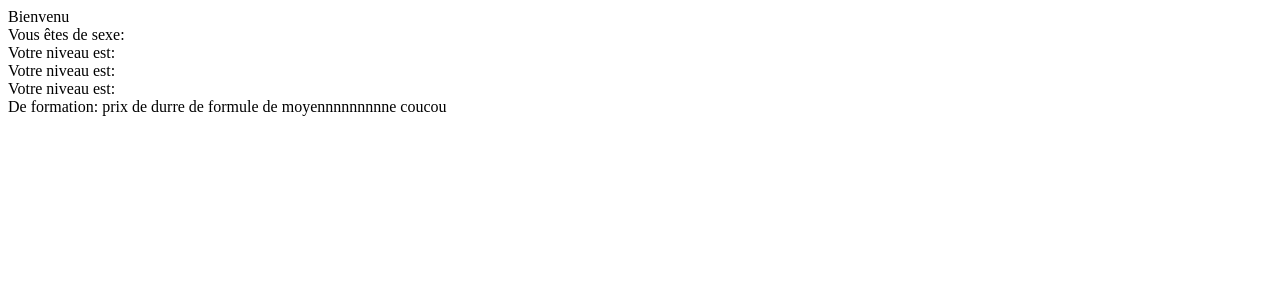
Repository: imouahrani/Gestion-des-stagiaires_JAVAEE
Page: http://localhost/TestProject/WEB-INF/InfoFormation.jsp
These files come from the project's save history. The page is drawn as it stood at one moment and after the next save; the edit follows.
The browser window is 1280 px wide. The pictures show the whole page.
The page is served by Tomcat 9. Nobody is signed in. Other server files are loaded and not shown. The template is opened directly, without the code that normally fills it, so the values that code supplies are empty.

Above is the page before, as saved 2018-08-01 14:55:08.

### Formation Java Entreprise Edition/TestProject/WebContent/WEB-INF/InfoFormation.jsp
<%@page import="com.sun.jndi.toolkit.url.Uri"%>
<%@page import="dz.TestProject.bean.Stagiaire"%>
<%@ page language="java" contentType="text/html; charset=UTF-8"
	pageEncoding="UTF-8"%>
<%@ taglib uri="http://java.sun.com/jsp/jstl/core" prefix="c"%>

<!DOCTYPE html PUBLIC "-//W3C//DTD HTML 4.01 Transitional//EN" "http://www.w3.org/TR/html4/loose.dtd">
<html>
<head>
<meta http-equiv="Content-Type" content="text/html; charset=UTF-8">
<title>Insert title here</title>
</head>
<body>
	<b style="color: green"> <%
 	String message = (String) request.getAttribute("m");
 	if (message != null)
 		out.println(message);
 %>
	</b>
<%
		Stagiaire st = (Stagiaire) request.getAttribute("idst");
	%>

	<form action="TraiteFormation" method="get">

	<%="Bienvenu "%>
	${idst.nom}
	<%=" "%>
	${idstg.prenom}
	<%="<br>"%>

	<%="Vous êtes de sexe: "%>
	${idst.sexe}
	<%="<br>"%>

	<%="Votre niveau est: "%>
	${idst.niveau}
	<%="<br>"%>
	<%="Votre niveau est: "%>
	${idst.note1}
	<%="<br>"%>
	<%="Votre niveau est: "%>
	${idst.note2}
	<%="<br>"%>

	<%="De formation:"%>

	${idst.f.intitule }
	<%="prix" %>
	${idst.f.prix }
	<%="de durre" %>
	${idst.f.duree }
	<%="de formule" %>
	${idst.f.formule }
	<%="de moyennnnnnnnne" %>
	${idst.moy }

	<c:out value="coucou"></c:out>
</form>
</body>
</html>

After the next save:
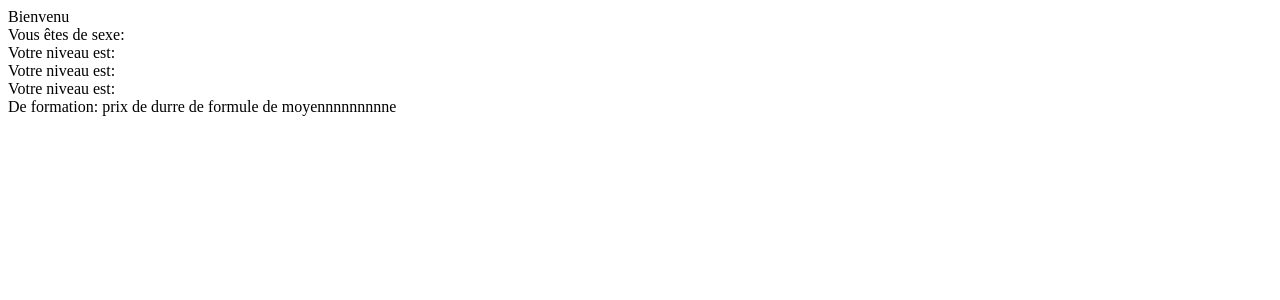
Saved 7 s later.
--- a/Formation Java Entreprise Edition/TestProject/WebContent/WEB-INF/InfoFormation.jsp
+++ b/Formation Java Entreprise Edition/TestProject/WebContent/WEB-INF/InfoFormation.jsp
@@ -2,7 +2,7 @@
 <%@page import="dz.TestProject.bean.Stagiaire"%>
 <%@ page language="java" contentType="text/html; charset=UTF-8"
 	pageEncoding="UTF-8"%>
-<%@ taglib uri="http://java.sun.com/jsp/jstl/core" prefix="c"%>
+<%@ taglib uri="http://java.sun.com/jsp/jstl/core" prefix="a"%>
 
 <!DOCTYPE html PUBLIC "-//W3C//DTD HTML 4.01 Transitional//EN" "http://www.w3.org/TR/html4/loose.dtd">
 <html>
